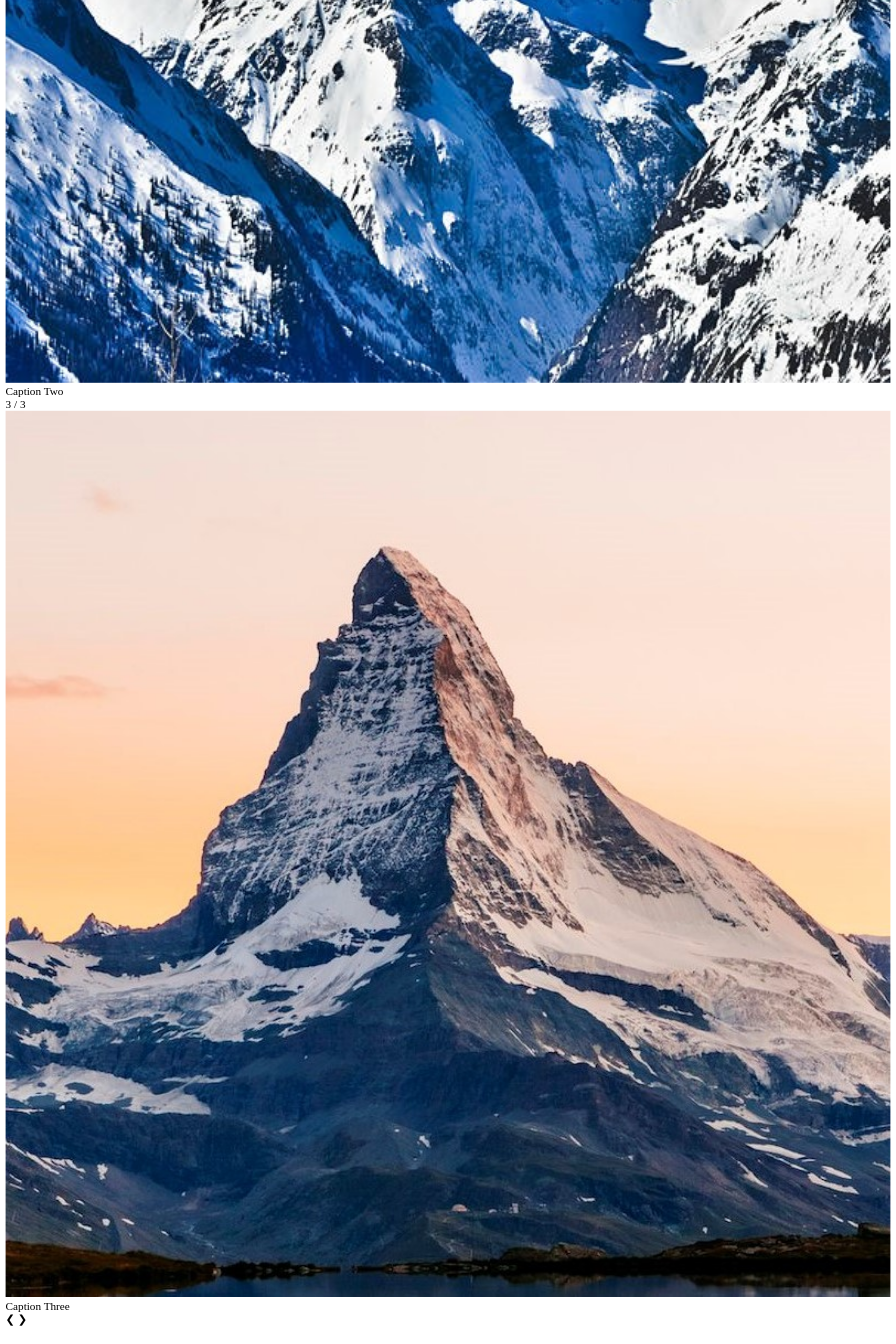
Repository: andyd71/Javascript-Projects
Page: Basic Javascript Projects/Project9_countdown_slideshow/index.html
The author's editor kept a copy of each file at every save. The page is drawn from the files as they stood at one save, then again after the next save.
The browser window is 1280 px wide. The pictures show the part of the page from y = 2127 to 4047 px (the page is 4047 px tall before and 3584 px after), at 70% of full size.

Above is the page before, as saved 2021-03-07 12:35:02.
Console error: TypeError: Cannot read properties of undefined (reading 'style')

After the next save:
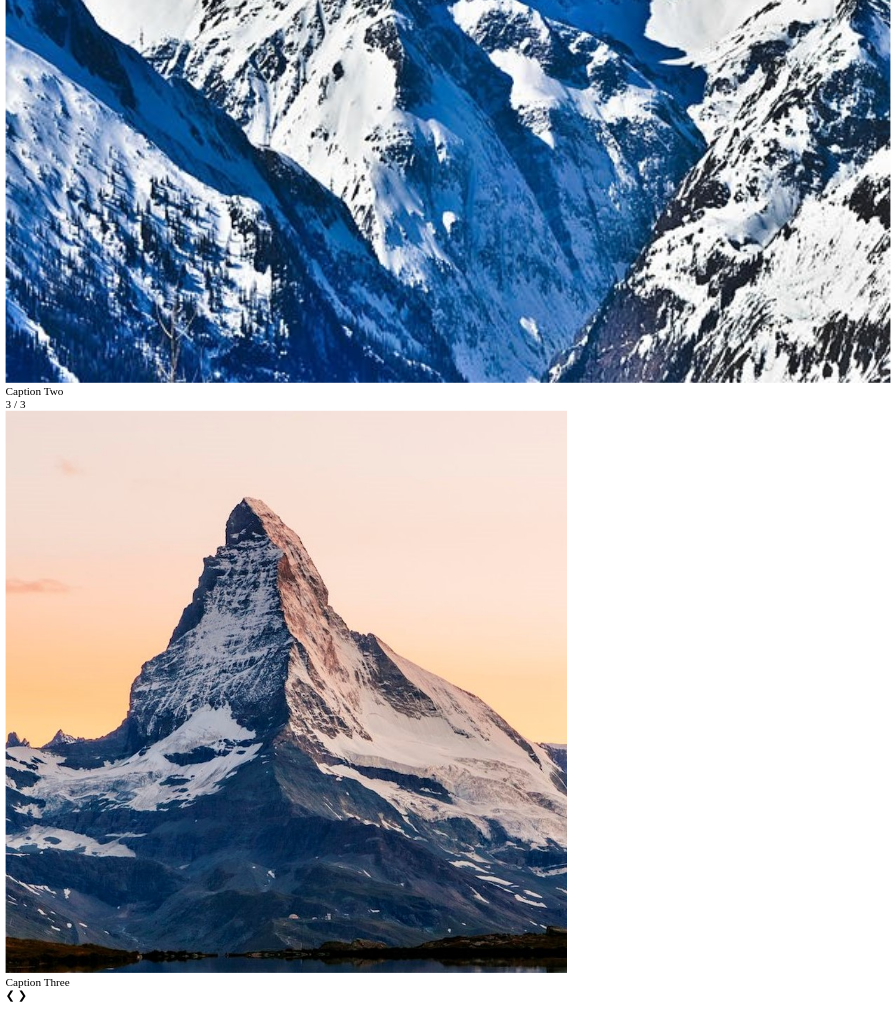
Saved 4 min 21 s later.
--- a/Basic Javascript Projects/Project9_countdown_slideshow/index.html
+++ b/Basic Javascript Projects/Project9_countdown_slideshow/index.html
@@ -27,7 +27,7 @@
 
         <div class="mySlides fade">
           <div class="numbertext">3 / 3</div>
-          <img src="mountain.jpg" style="width:100%">
+          <img src="mountain.jpg" style="height:50%">
           <div class="text">Caption Three</div>
         </div>
 

After the save that followed:
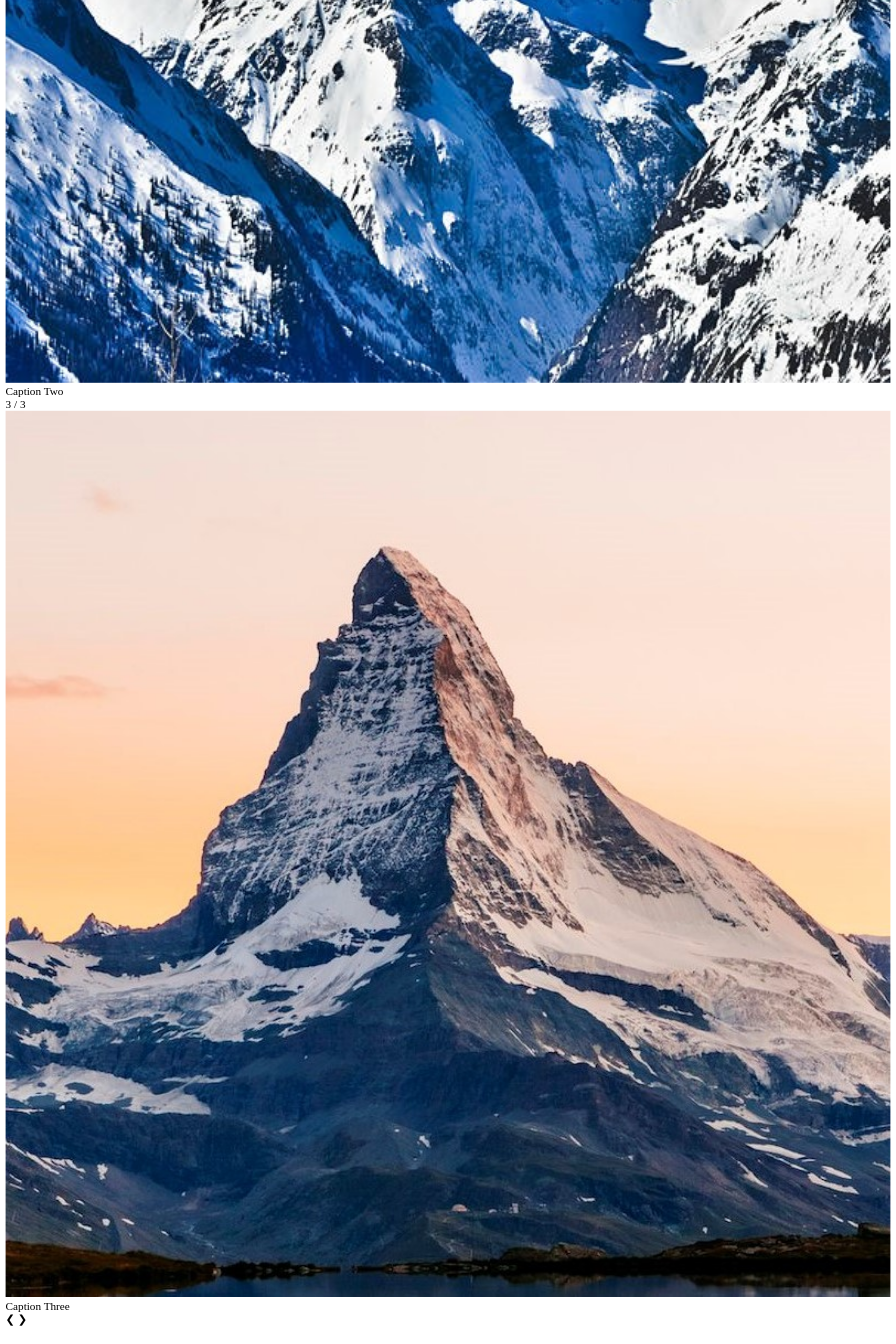
Saved 104 s later.
--- a/Basic Javascript Projects/Project9_countdown_slideshow/index.html
+++ b/Basic Javascript Projects/Project9_countdown_slideshow/index.html
@@ -27,7 +27,7 @@
 
         <div class="mySlides fade">
           <div class="numbertext">3 / 3</div>
-          <img src="mountain.jpg" style="height:50%">
+          <img src="mountain.jpg" style="width:100%">
           <div class="text">Caption Three</div>
         </div>
 
